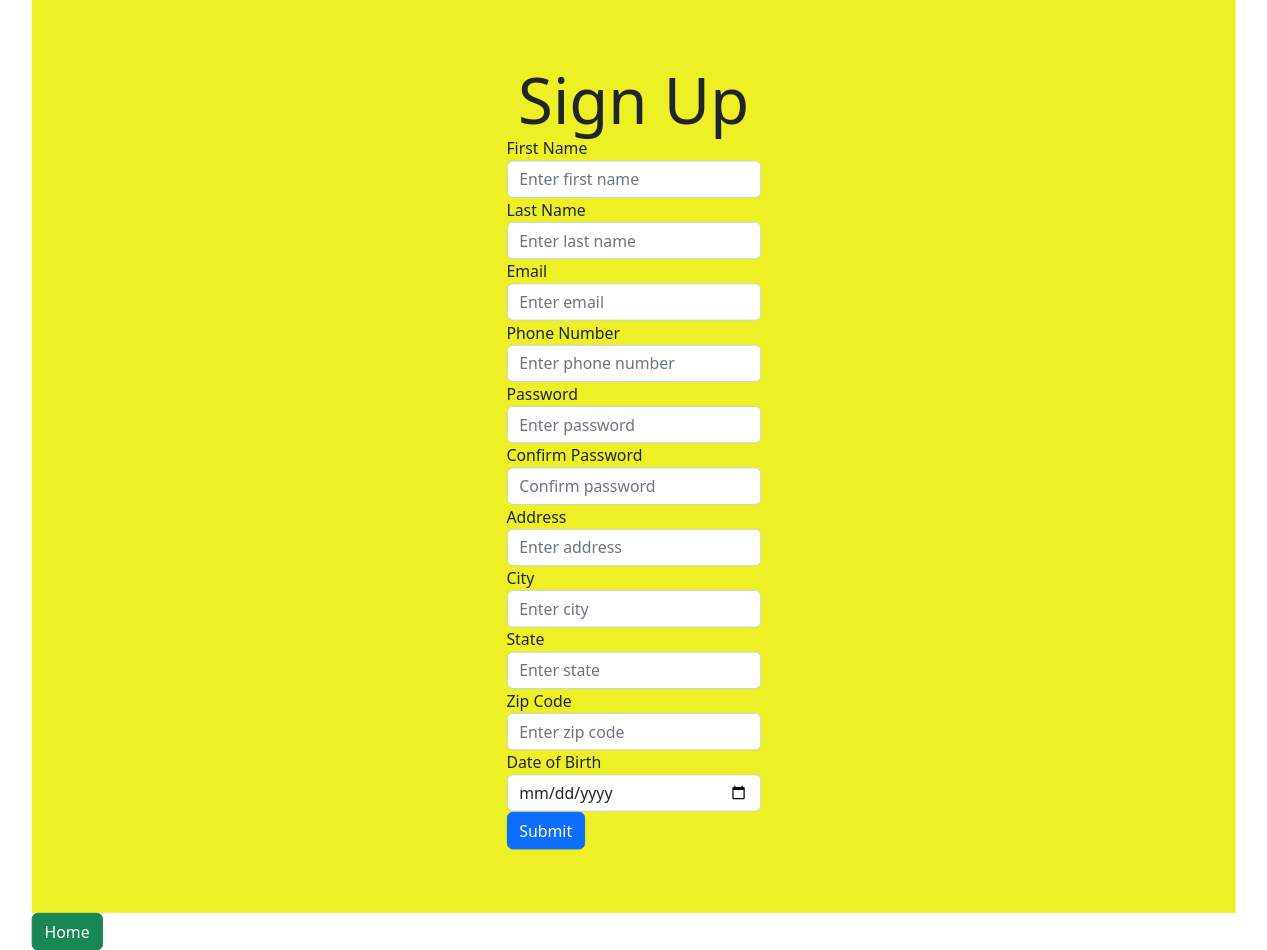
Repository: collegedude9300/zenschool
Page: /SignUp
An editor plug-in stored every save of this project. The page is shown before and after the next save, followed by the edit.
The browser window is 1280 px wide. The pictures show the whole page, at 99% of full size.
The project was rebuilt for these pictures with package versions that can differ from the ones it lists, and the page was loaded fresh each time. The framework's server and built-in components were replaced by stand-ins that run in the browser. Also part of the build but not shown: next.config.js.

Above is the page before, as saved 2022-11-08 13:48:09.

### pages/SignUp.js
import Head from 'next/head'
import Image from 'next/image'
import styles from '../styles/Home.module.css'
import { useState, useEffect } from 'react';
import 'bootstrap/dist/css/bootstrap.css'
import Link from 'next/link';
export default function SignUp()
{
//validate Password
const validatePassword = (password) => {
  const re = /^(?=.*[a-z])(?=.*[A-Z])(?=.*\d)[a-zA-Z\d]{8,}$/;
  return re.test(String(password));
}
//validate Email
const validateEmail = (email) => {
  const re = /^(([^<>()[\]\\.,;:\s@"]+(\.[^<>()[\]\\.,;:\s@"]+)*)|(".+"))@((\[[0-1]\d{1,2}\.[0-1]\d{1,2}\.[0-1]\d{1,2}\.[0-1]\d{1,2}\])|(([a-zA-Z\-0-9]+\.)+[a-zA-Z]{2,}))$/;
  return re.test(String(email).toLowerCase());
}
//validate First Name
const validateName = (name) => {
  const re = /^[A-Z][a-z]+(\s|,)[A-Z][a-z]{1,19}$/;
  return re.test(String(name));
}
//validate Phone Number
const validatePhoneNumber = (phoneNumber) => {
  const re = /^\d{10}$/;
  return re.test(String(phoneNumber));
}
//validate Address
const validateAddress = (address) => {
  const re = /^[0-9a-zA-Z\s,.'-]{3,}$/;
  return re.test(String(address));
}
//validate City
const validateCity = (city) => {
  const re = /^[a-zA-Z\s,.'-]{3,}$/;
  return re.test(String(city));
}
//validate State
const validateState = (state) => {
  const re = /^[a-zA-Z\s,.'-]{3,}$/;
  return re.test(String(state));
}
//validate Zip Code
const validateZipCode = (zipCode) => {
  const re = /^\d{5}$/;
  return re.test(String(zipCode));
}
//validate Date of Birth
const validateDateOfBirth = (dateOfBirth) => {
  const re = /^\d{4}-\d{2}-\d{2}$/;
  return re.test(String(dateOfBirth));
}
//check to see if the email is valid
const handleSubmit = (e) => {
  e.preventDefault();
  const email = document.getElementById("email").value;
  const name = document.getElementById("name").value;
  const phoneNumber = document.getElementById("phoneNumber").value;
  const address = document.getElementById("address").value;
  const city = document.getElementById("city").value;
  const state = document.getElementById("state").value;
  const zipCode = document.getElementById("zipCode").value;
  const dateOfBirth = document.getElementById("dateOfBirth").value;
  const password = document.getElementById("password").value;
  const confirmPassword = document.getElementById("confirmPassword").value;
  if (validateEmail(email) && validateName(name) && validatePhoneNumber(phoneNumber) && validateAddress(address) && validateCity(city) && validateState(state) && validateZipCode(zipCode)  && validateDateOfBirth(dateOfBirth) && validatePassword(password) && password === confirmPassword) {
    document.getElementById("email").value = "";
    document.getElementById("name").value = "";
    document.getElementById("phoneNumber").value = "";
    document.getElementById("address").value = "";
    document.getElementById("city").value = "";
    document.getElementById("state").value = "";
    document.getElementById("zipCode").value = "";
    document.getElementById("dateOfBirth").value = "";
    document.getElementById("password").value = "";
    document.getElementById("confirmPassword").value = "";
    alert("Thank you for signing up!");
  }
  else if (!validateFirstName(name)) {
    alert("Please enter a valid name");
  }
  else if (!validateEmail(email)) {
    alert("Please enter a valid email");
  }
  else if (!validatePhoneNumber(phoneNumber)) {
    alert("Please enter a valid phone number");
  }
  else if (!validatePassword(password)) {
    alert("Please enter a valid password. It must contain a capital letter, and a number");
  }
  else if (password !== confirmPassword) {
    alert("Passwords do not match");
  }
  else if (!validateAddress(address)) {
    alert("Please enter a valid address");
  }
  else if (!validateCity(city)) {
    alert("Please enter a valid city");
  }
  else if (!validateState(state)) {
    alert("Please enter a valid state");
  }
  else if (!validateZipCode(zipCode)) {
    alert("Please enter a valid zip code");
  }
  else if (!validateCountry(country)) {
    alert("Please enter a valid country");
  }
  else if (!validateDateOfBirth(dateOfBirth)) {
    alert("Please enter a valid date of birth");
  }
  else {
    alert("Error");
  }
}
return (
  <div className={styles.container}>
    <Head>
      <title>Sign Up</title>
      <meta name="description" content="Generated by create next app" />
      <link rel="icon" href="/favicon.ico" />
    </Head>
    <main className={styles.main}>
      <h1 className={styles.title}>
        Sign Up
      </h1>
      <form onSubmit={handleSubmit}>
        <div className="form-group">
          <label htmlFor="firstName">First Name</label>
          <input type="text" className="form-control" id="firstName" placeholder="Enter first name" required/>
        </div>
        <div className="form-group">
          <label htmlFor="lastName">Last Name</label>
          <input type="text" className="form-control" id="lastName" placeholder="Enter last name" required/>
        </div>
        <div className="form-group">
          <label htmlFor="email">Email</label>
          <input type="email" className="form-control" id="email" placeholder="Enter email" required/>
        </div>
        <div className="form-group">
          <label htmlFor="phoneNumber">Phone Number</label>
          <input type="tel" className="form-control" id="phoneNumber" placeholder="Enter phone number" required/>
        </div>
        <div className="form-group">
          <label htmlFor="password">Password</label>
          <input type="password" className="form-control" id="password" placeholder="Enter password" required/>
        </div>
        <div className="form-group">
          <label htmlFor="confirmPassword">Confirm Password</label>
          <input type="password" className="form-control" id="confirmPassword" placeholder="Confirm password" required/>
        </div>
        <div className="form-group">
          <label htmlFor="address">Address</label>
          <input type="text" className="form-control" id="address" placeholder="Enter address" required/>
        </div>
        <div className="form-group">
          <label htmlFor="city">City</label>
          <input type="text" className="form-control" id="city" placeholder="Enter city" required/>
        </div>
        <div className="form-group">
          <label htmlFor="state">State</label>
          <input type="text" className="form-control" id="state" placeholder="Enter state" required/>
        </div>
        <div className="form-group">
          <label htmlFor="zipCode">Zip Code</label>
          <input type="text" className="form-control" id="zipCode" placeholder="Enter zip code" required/>
        </div>
        <div className="form-group">
          <label htmlFor="dateOfBirth">Date of Birth</label>
          <input type="date" className="form-control" id="dateOfBirth" placeholder="Enter date of birth" required/>
        </div>
        <button type="submit" className="btn btn-primary">Submit</button>
      </form>
    </main>
      <Link legacyBehavior href="/">
        <a className="btn btn-success">Home</a>
        </Link>
  </div>
)}

### styles/Home.module.css
.container {
  padding: 0 2rem;
}
.main {
  min-height: 100vh;
  padding: 4rem 0;
  flex: 1;
  display: flex;
  flex-direction: column;
  justify-content: center;
  align-items: center;
  background-color: #ecf025;
}
.classpage {
  min-height: 100vh;
  padding: 4rem 0;
  flex: 1;
  display: flex;
  flex-direction: column;
  justify-content: center;
  align-items: center;
  background-color: #67ff02;
}
.gened {
  min-height: 100vh;
  padding: 4rem 0;
  flex: 1;
  display: flex;
  flex-direction: column;
  justify-content: center;
  align-items: center;
  background-color: #18e6db;
}
.login {
  min-height: 100vh;
  padding: 4rem 0;
  flex: 1;
  display: flex;
  flex-direction: column;
  justify-content: center;
  align-items: center;
  background-color: #ffc400;
}
.footer {
  display: flex;
  flex: 1;
  padding: 2rem 0;
  border-top: 1px solid #eaeaea;
  justify-content: center;
  align-items: center;
}

.footer a {
  display: flex;
  justify-content: center;
  align-items: center;
  flex-grow: 1;
}

.title a {
  color: #0070f3;
  text-decoration: none;
}

.title a:hover,
.title a:focus,
.title a:active {
  text-decoration: underline;
}

.title {
  margin: 0;
  line-height: 1.15;
  font-size: 4rem;
}

.title,
.description {
  text-align: center;
}

.description {
  margin: 4rem 0;
  line-height: 1.5;
  font-size: 1.5rem;
}

.code {
  background: #fafafa;
  border-radius: 5px;
  padding: 0.75rem;
  font-size: 1.1rem;
  font-family: Menlo, Monaco, Lucida Console, Liberation Mono, DejaVu Sans Mono,
    Bitstream Vera Sans Mono, Courier New, monospace;
}

.grid {
  display: flex;
  align-items: center;
  justify-content: center;
  flex-wrap: wrap;
  max-width: 800px;
}

.card {
  margin: 1rem;
  padding: 1.5rem;
  text-align: left;
  color: inherit;
  text-decoration: none;
  border: 1px solid #eaeaea;
  border-radius: 10px;
  transition: color 0.15s ease, border-color 0.15s ease;
  max-width: 300px;
}

.card:hover,
.card:focus,
.card:active {
  color: #0070f3;
  border-color: #0070f3;
}

.card h2 {
  margin: 0 0 1rem 0;
  font-size: 1.5rem;
}

.card p {
  margin: 0;
  font-size: 1.25rem;
  line-height: 1.5;
}

.logo {
  height: 1em;
  margin-left: 0.5rem;
}

@media (max-width: 600px) {
  .grid {
    width: 100%;
    flex-direction: column;
  }
}

@media (prefers-color-scheme: dark) {
  .card,
  .footer {
    border-color: #222;
  }
  .code {
    background: #111;
  }
  .logo img {
    filter: invert(1);
  }
}

Loaded but not shown: pages/_app.js (common file); styles/globals.css (common file)

After the next save:
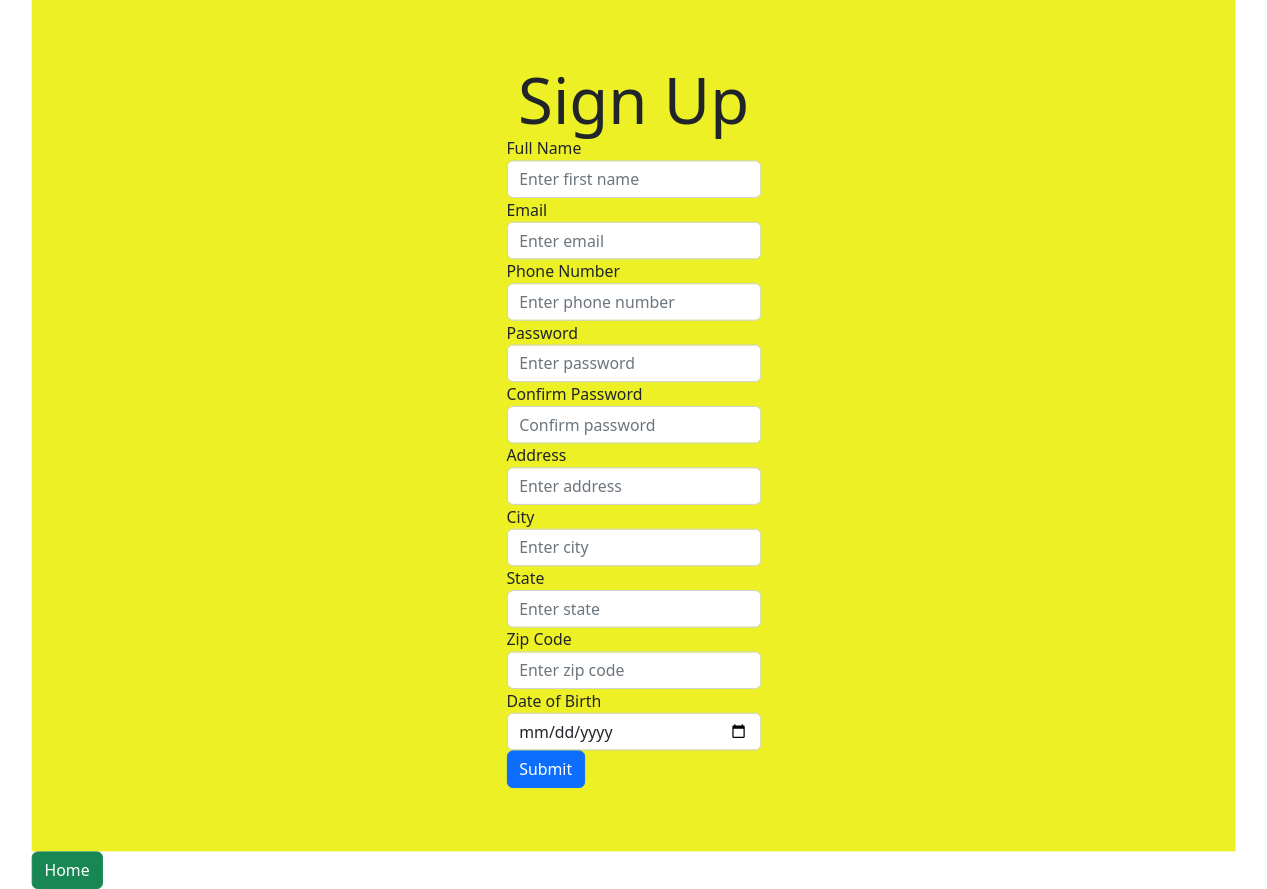
Saved 31 s later.
--- a/pages/SignUp.js
+++ b/pages/SignUp.js
@@ -127,12 +127,8 @@ return (
       </h1>
       <form onSubmit={handleSubmit}>
         <div className="form-group">
-          <label htmlFor="firstName">First Name</label>
+          <label htmlFor="name">Full Name</label>
           <input type="text" className="form-control" id="firstName" placeholder="Enter first name" required/>
-        </div>
-        <div className="form-group">
-          <label htmlFor="lastName">Last Name</label>
-          <input type="text" className="form-control" id="lastName" placeholder="Enter last name" required/>
         </div>
         <div className="form-group">
           <label htmlFor="email">Email</label>
